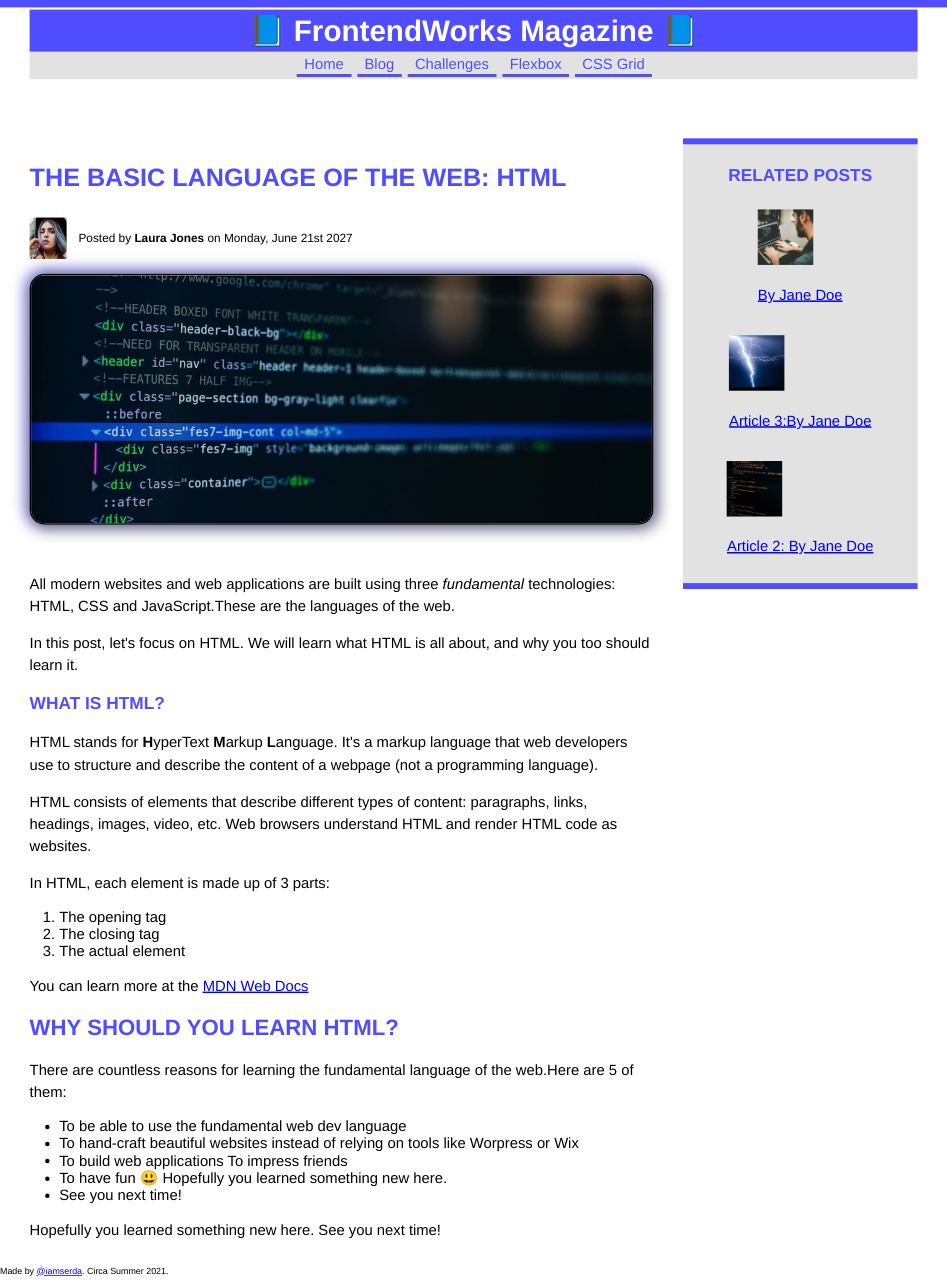
Repository: iamserda/html-css-course
Page: starter/02-HTML-Fundamentals/index.html
The author's editor kept a copy of each file at every save. The page is drawn from the files as they stood at one save, then again after the next save.
The browser window is 1280 px wide. The pictures show the whole page, at 74% of full size.

Above is the page before, as saved 2021-07-17 18:32:55.

### starter/02-HTML-Fundamentals/index.html
<!DOCTYPE html>
<html lang="en">

<head>
    <meta charset="UTF-8" />
    <meta http-equiv="X-UA-Compatible" content="IE=edge" />
    <meta name="viewport" content="width=device-width, initial-scale=1.0" />
    <title>HTML Fundamentals by Laura Jones</title>
    <link href="index.css" rel="stylesheet" />
</head>

<body class="container-col">
    <header>
        <h1 class="brandname">📘 FrontendWorks Magazine 📘</h1>
        <nav>
            <ul>
                <li><a href="index.html">Home</a></li>
                <li><a href="blog/">Blog</a></li>
                <li><a href="challenges/">Challenges</a></li>
                <li><a href="https://css-tricks.com/snippets/css/a-guide-to-flexbox/" target="_blank">Flexbox</a></li>
                <li><a href="https://css-tricks.com/snippets/css/complete-guide-grid/" target="_blank">CSS Grid</a></li>
            </ul>
        </nav>
    </header>
    <main class="container-row">
        <section>
            <article>
                <header class="article-meta">
                    <h1 class="post-title">The Basic Language of the Web: HTML</h1>
                    <div class="author">
                        <img class="author-pic" src="img/laura-jones.jpg" alt="photo of author laura jones" />
                        <p>Posted by <strong>Laura Jones</strong> on Monday, June 21st 2027</p>
                    </div>
                </header>
                <div class="article-content">
                    <img class="post-image" src="img/post-img.jpg" alt="displaying html code." />
                    <p> All modern websites and web applications are built using three
                        <em>fundamental</em> technologies: HTML, CSS and JavaScript.These are the languages of the web.
                    </p>
                    <p>
                        In this post, let's focus on HTML. We will learn what HTML is all about, and why you too should
                        learn it.
                    </p>

                    <h3>What is HTML?</h3>

                    <p>
                        HTML stands for <b>H</b>yperText <b>M</b>arkup <b>L</b>anguage. It's a markup language that web
                        developers use to structure and describe the content of a webpage (not a programming language).
                    </p>

                    <p>
                        HTML consists of elements that describe different types of content: paragraphs, links, headings,
                        images, video, etc. Web browsers understand HTML and render HTML code as websites.
                    </p>

                    <p>In HTML, each element is made up of 3 parts:</p>
                    <ol>
                        <li>The opening tag</li>
                        <li>The closing tag</li>
                        <li>The actual element</li>
                    </ol>
                    <p>
                        You can learn more at the
                        <a href="https://developer.mozilla.org/en-US/" target="_blank">MDN Web Docs</a>
                    </p>
                    <h2>Why should you learn HTML?</h2>
                    <p>There are countless reasons for learning the fundamental language of the web.Here are 5 of them:
                    </p>
                    <ul>
                        <li>To be able to use the fundamental web dev language</li>
                        <li>To hand-craft beautiful websites instead of relying on tools like Worpress or Wix</li>
                        <li>To build web applications To impress friends</li>
                        <li>To have fun 😃 Hopefully you learned something new here.</li>
                        <li>See you next time!</li>
                    </ul>
                    <p>Hopefully you learned something new here. See you next time!</p>
                </div>
            </article>
        </section>
        <aside class="container-col">
            <h3>Related Posts</h3>
            <div class="related">
                <a href="#">
                    <img src="img/related-1.jpg" alt="a programmer writing code." />
                    <p>By Jane Doe</p>
                </a>
            </div>
            <div class="related container-row">
                <a href="#article3">
                    <img src="img/related-2.jpg" alt="a programmer writing code." />
                    <p>Article 3:By Jane Doe</p>
                </a>
            </div>
            <div class="related container-row">
                <a href="#article4">
                    <img src="img/related-3.jpg" alt="a programmer writing code." />
                    <p>Article 2: By Jane Doe</p>
                </a>
            </div>
        </aside>
    </main>
    <footer>
        <p>Made by <a href="https://twitter.com/iamserda">@iamserda</a>. Circa Summer 2021.</p>
    </footer>
</body>

</html>

### starter/02-HTML-Fundamentals/index.css
* {
    box-sizing: border-box;
}

html {
    font-size: 16px;
}

html,
body {
    margin: 0;
    padding: 0;
}

body {
    font-family: Helvetica, Arial, sans-serif;
    font-size: 1.25rem;
}

body>header {
    border-top: 10px solid rgb(80, 77, 255);
    padding-top: 0.125em;
}

main {
    margin-top: 4em;
}



h1,
h2,
h3,
h4,
h5,
h6 {
    color: rgb(79, 77, 255);
    text-transform: uppercase;
}

main,
.brandname,
nav {
    width: 100%;
    max-width: 1200px;
    margin-left: auto;
    margin-right: auto;
}

.brandname,
nav {
    margin-top: 0;
    margin-bottom: 0;
}

.brandname {
    font-size: 2.5rem;
    text-transform: capitalize;
    text-align: center;
    color: white;
    background-color: rgb(79, 77, 255);
    padding: 0.125em 0;
}

p {
    line-height: 1.5;
}

nav {
    margin-top: 0;
    background-color: rgb(226, 226, 226);
}

nav ul {
    padding: 0.125em;
    margin: 0 auto;
    width: fit-content;

}

nav li {
    list-style: none;
    border-bottom: 4px solid rgb(79, 77, 255);
    padding: 0.125em 0.5em;
    margin-left: 0.125em;
    display: inline-block;
    color: rgb(79, 77, 255);
}

nav a {
    display: block;
    text-decoration: none;
    color: inherit;
    width: 100%;
    height: auto;
}

nav li:hover {
    background-color: rgb(79, 77, 255);
    border-bottom: 4px solid white;
    color: white;
}

nav li:hover a {
    color: white;
}

main section {
    width: 80%;
    margin-right: 2em;
}

aside {
    width: 30%;
    max-width: 500px;
    margin-right: auto;
    background-color: rgb(226, 226, 226);
    padding: 0.25em;
    height: fit-content;
    border-top: 8px solid rgb(80, 77, 255);
    border-bottom: 8px solid rgb(80, 77, 255);
}

aside h3 {
    text-align: center;
}



footer p {
    font-size: 0.75rem;
}

/* Layout */
.container-row {
    display: flex;
    flex-flow: row nowrap;
}

.container-col {
    display: flex;
    flex-flow: column nowrap;
}

.article-meta {
    margin-bottom: 1em;
}

.author {
    display: flex;
    flex-flow: row nowrap;
    width: 100%;
    justify-content: flex-start;
    font-size: 1rem;
}

.related {
    max-width: 300px;
    margin: 0.5em auto;
}

.related a {
    display: block;
    width: 100%;
}

.related img {
    width: 100%;
    max-width: 75px;
    margin-right: 1em;
    align-self: center;
}

.post-title {
    color: rgb(79, 77, 255);
    text-align: left;
    font-size: 2.125rem;
}

.post-image {
    width: 100%;
    max-width: 960px;
    height: auto;
    border: 2px solid rgb(0, 0, 0);
    box-shadow: 0 0 18px 2px rgba(0, 0, 0, 0.5);
    box-shadow: 3px 3px 18px 4px rgba(26, 26, 26, 0.507),
        -3px -3px 18px 4px rgba(79, 77, 255, 0.507);
    border-radius: 20px;
    margin-bottom: 2em;
}

.author-pic {
    width: 100%;
    max-width: 50px;
    margin-right: 1em;
}

After the next save:
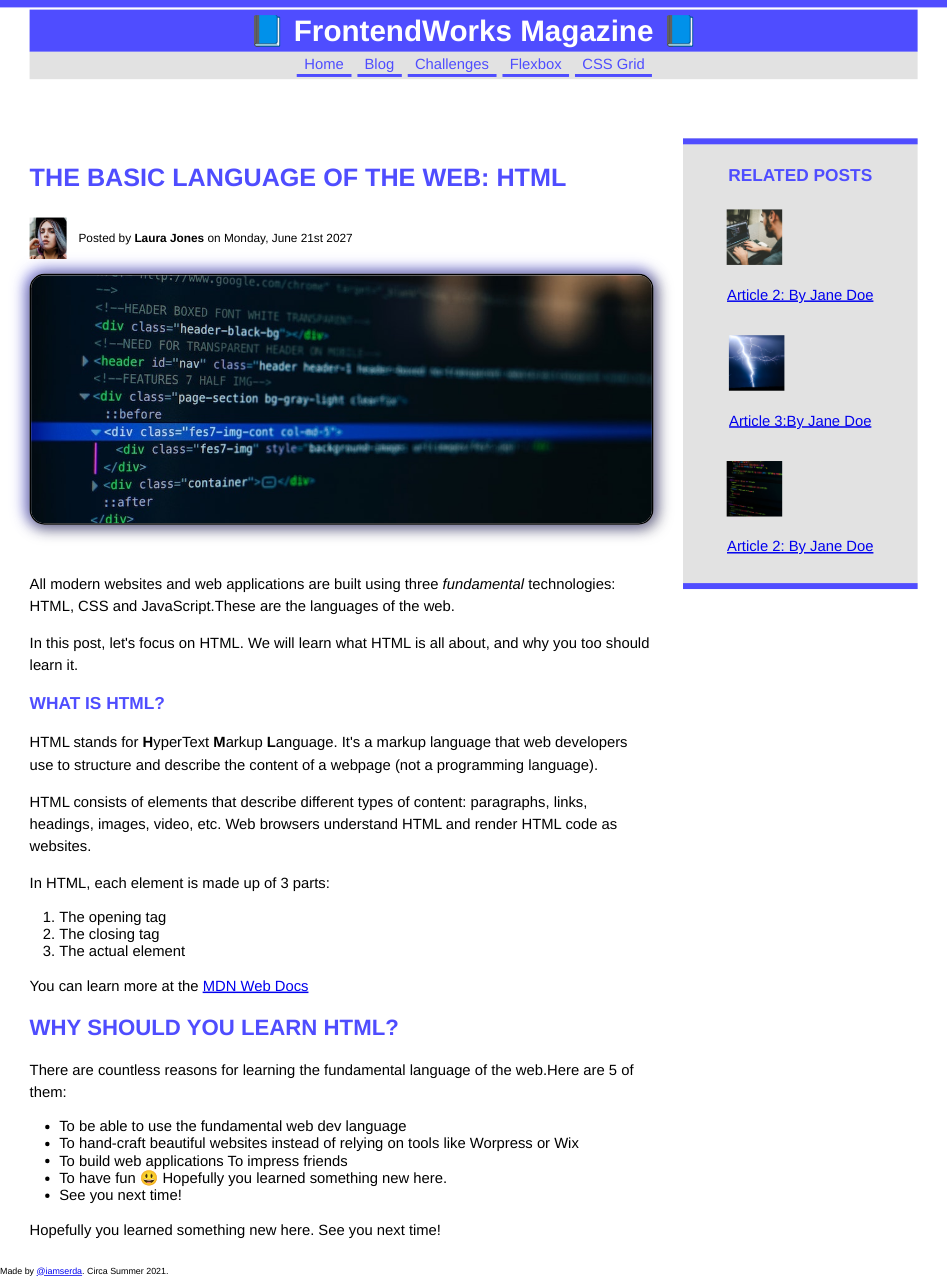
Saved 29 s later.
--- a/starter/02-HTML-Fundamentals/index.html
+++ b/starter/02-HTML-Fundamentals/index.html
@@ -83,7 +83,7 @@
             <div class="related">
                 <a href="#">
                     <img src="img/related-1.jpg" alt="a programmer writing code." />
-                    <p>By Jane Doe</p>
+                    <p>Article 2: By Jane Doe</p>
                 </a>
             </div>
             <div class="related container-row">
